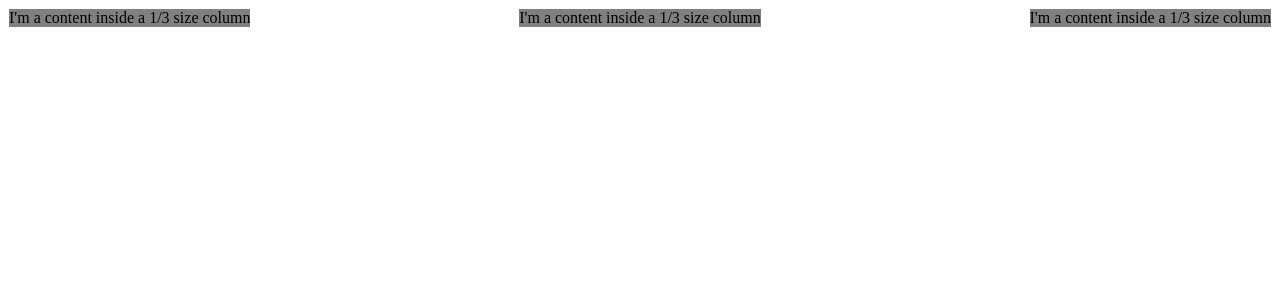
Repository: ervinne13/gg-basic-web-frontend-development
Page: modules/css/long-samples/grid-system-1.html
The author's editor kept a copy of each file at every save. The page is drawn from the files as they stood at one save, then again after the next save.
The browser window is 1280 px wide. The pictures show the whole page.

Above is the page before, as saved 2019-07-04 17:00:57.

After the next save:
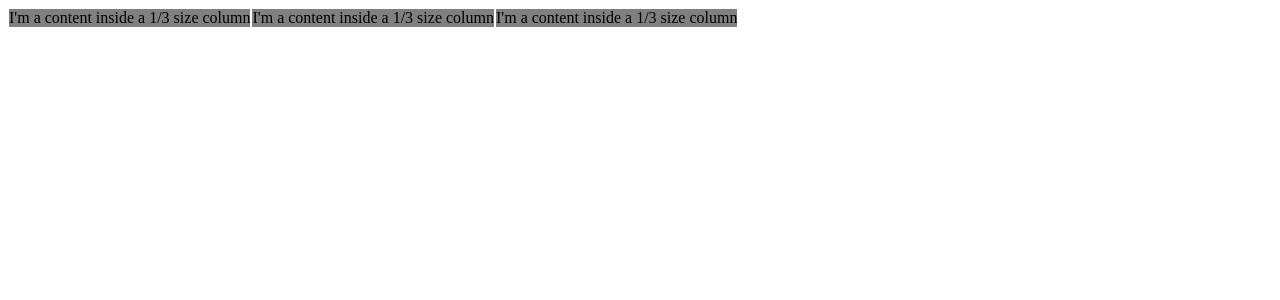
Saved 9 s later.
--- a/modules/css/long-samples/grid-system-1.html
+++ b/modules/css/long-samples/grid-system-1.html
@@ -8,7 +8,7 @@
 
             .container .row {
                 display: flex;
-                justify-content: space-between;
+                justify-content: stretch;
             }
 
             .container .row .col {
